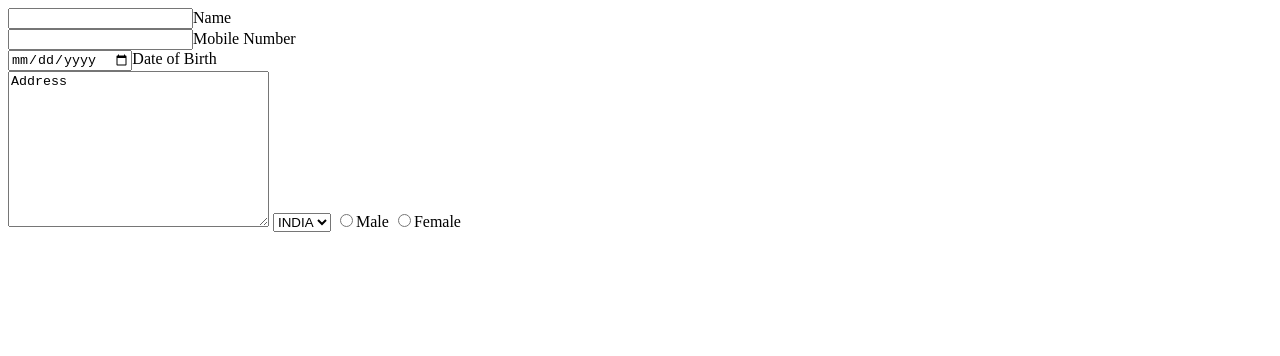
Repository: mannu343/project
Page: student/src/main/webapp/student.html
These files come from the project's save history. The page is drawn as it stood at one moment and after the next save; the edit follows.
The browser window is 1280 px wide. The pictures show the whole page.

Above is the page before, as saved 2023-01-31 17:16:56.

### student/src/main/webapp/student.html
<!DOCTYPE html>
<html>
<head>
<meta charset="ISO-8859-1">
<title>Insert title here</title>
</head>
<body>
<form action="">
<input name="name" type="text">Name <br>
<input name="mob" type="number">Mobile Number <br>
<input name="dob" type="date">Date of Birth <br>
<textarea name="ads" rows="10" cols="30">Address</textarea>
<select name="Contry">
<option value="INDIA">INDIA</option>
<option value="BAN">BAN</option>
<option value="PAK">PAK</option>
</select>
<input name="gen" type="radio" value="Male">Male
<input name="gen" type="radio" value="Female">Female



</form>

</body>
</html>

After the next save:
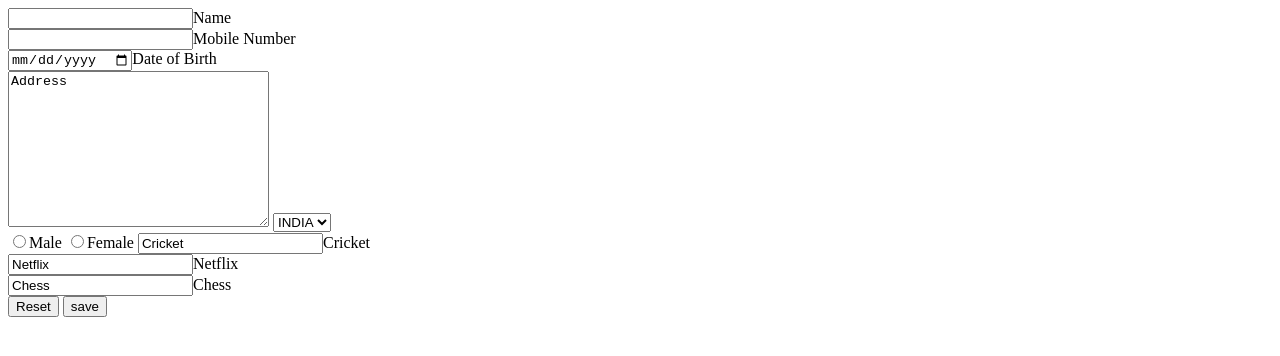
Saved 4 min 53 s later.
--- a/student/src/main/webapp/student.html
+++ b/student/src/main/webapp/student.html
@@ -5,7 +5,7 @@
 <title>Insert title here</title>
 </head>
 <body>
-<form action="">
+<form action="save">
 <input name="name" type="text">Name <br>
 <input name="mob" type="number">Mobile Number <br>
 <input name="dob" type="date">Date of Birth <br>
@@ -14,10 +14,16 @@
 <option value="INDIA">INDIA</option>
 <option value="BAN">BAN</option>
 <option value="PAK">PAK</option>
-</select>
+</select><br>
 <input name="gen" type="radio" value="Male">Male
 <input name="gen" type="radio" value="Female">Female
+<input name="hobies" value="Cricket">Cricket <br>
+<input name="hobies" value="Netflix">Netflix <br>
+<input name="hobies" value="Chess">Chess <br>
 
+
+<input type="reset">
+<button>save</button>
 
 
 </form>
